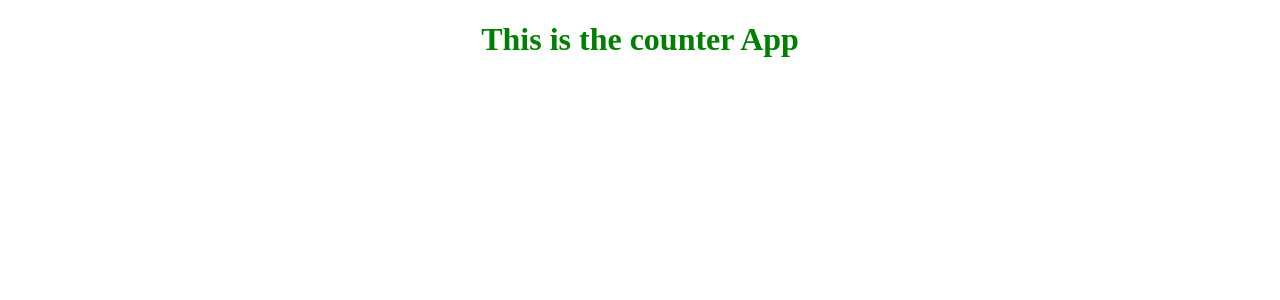
Repository: Gauravyadav678/GcounterApp
Page: / (app in gcounter/)
The author's editor kept a copy of each file at every save. The page is drawn from the files as they stood at one save, then again after the next save.
The browser window is 1280 px wide. The pictures show the whole page.
The project was rebuilt for these pictures with package versions that can differ from the ones it lists, and the page was loaded fresh each time. Also part of the build but not shown: gcounter/src/index.css.

Above is the page before, as saved 2024-10-22 17:19:50.

After the next save:
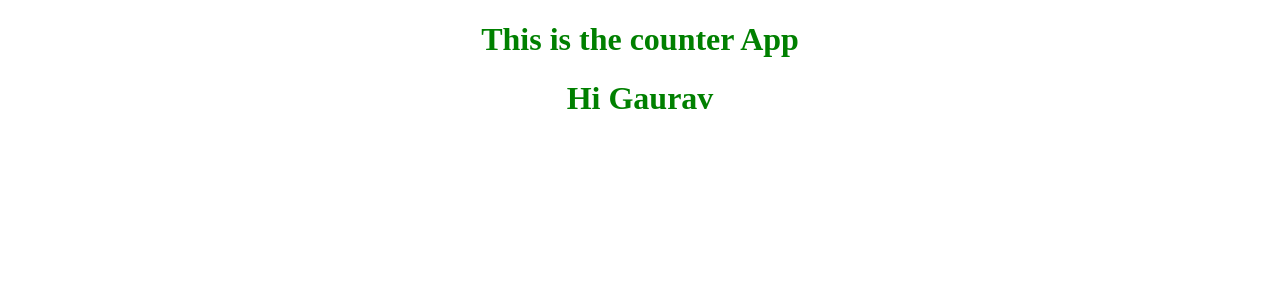
Saved 34 s later.
--- a/gcounter/src/App.js
+++ b/gcounter/src/App.js
@@ -6,8 +6,8 @@ function App() {
   return (
     <div className="App">
       <>
-      <h1>This is the counter App {MainValue}</h1>
-
+      <h1>This is the counter App</h1>
+      <MainValue/>
       </>
     </div>
   );
